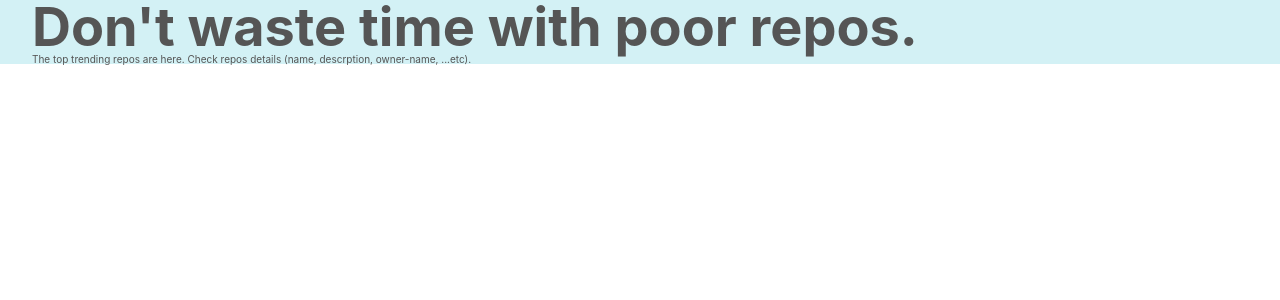
Repository: MoRamdan11/Trending-repos-challenge
Page: /
The author's editor kept a copy of each file at every save. The page is drawn from the files as they stood at one save, then again after the next save.
The browser window is 1280 px wide. The pictures show the whole page.
The project was rebuilt for these pictures with package versions that can differ from the ones it lists, and the page was loaded fresh each time. Also part of the build but not shown: src/App.css, src/components/test.js.

Above is the page before, as saved 2021-08-31 21:04:40.

After the next save:
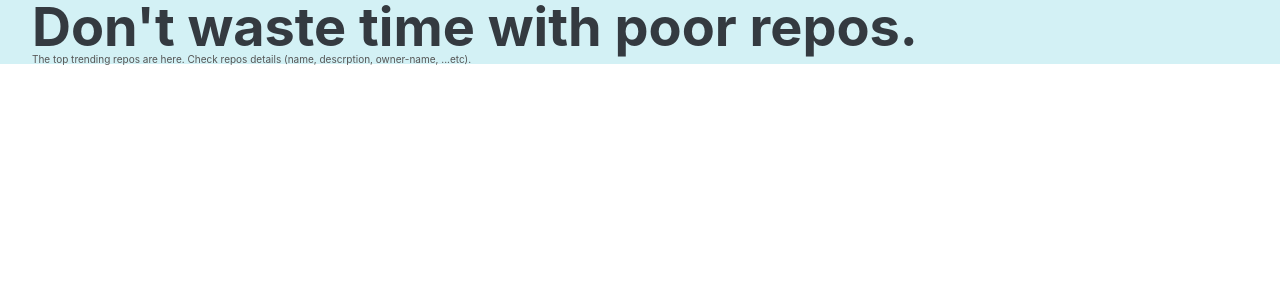
Saved 4 s later.
--- a/src/components/Hero/hero.css
+++ b/src/components/Hero/hero.css
@@ -12,5 +12,5 @@
 .hero-header {
   font-size: 5.4rem;
   font-weight: 700;
-  color: ##343a40;
+  color: #343a40;
 }

After the save that followed:
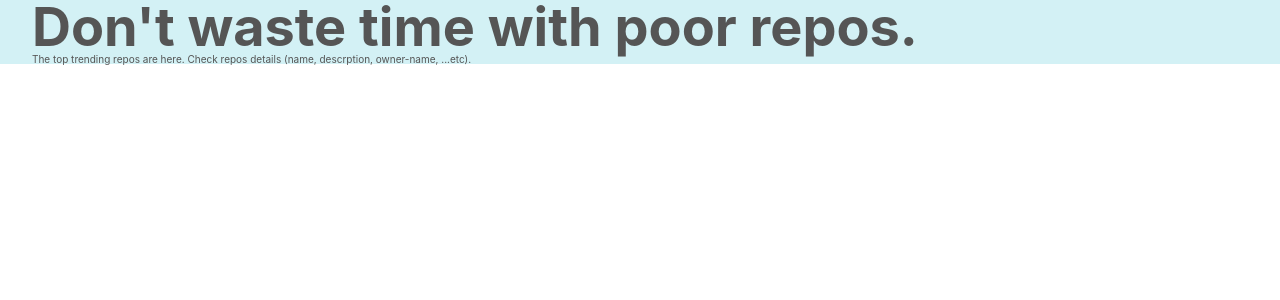
Saved 40 s later.
--- a/src/components/Hero/hero.css
+++ b/src/components/Hero/hero.css
@@ -12,5 +12,4 @@
 .hero-header {
   font-size: 5.4rem;
   font-weight: 700;
-  color: #343a40;
 }
